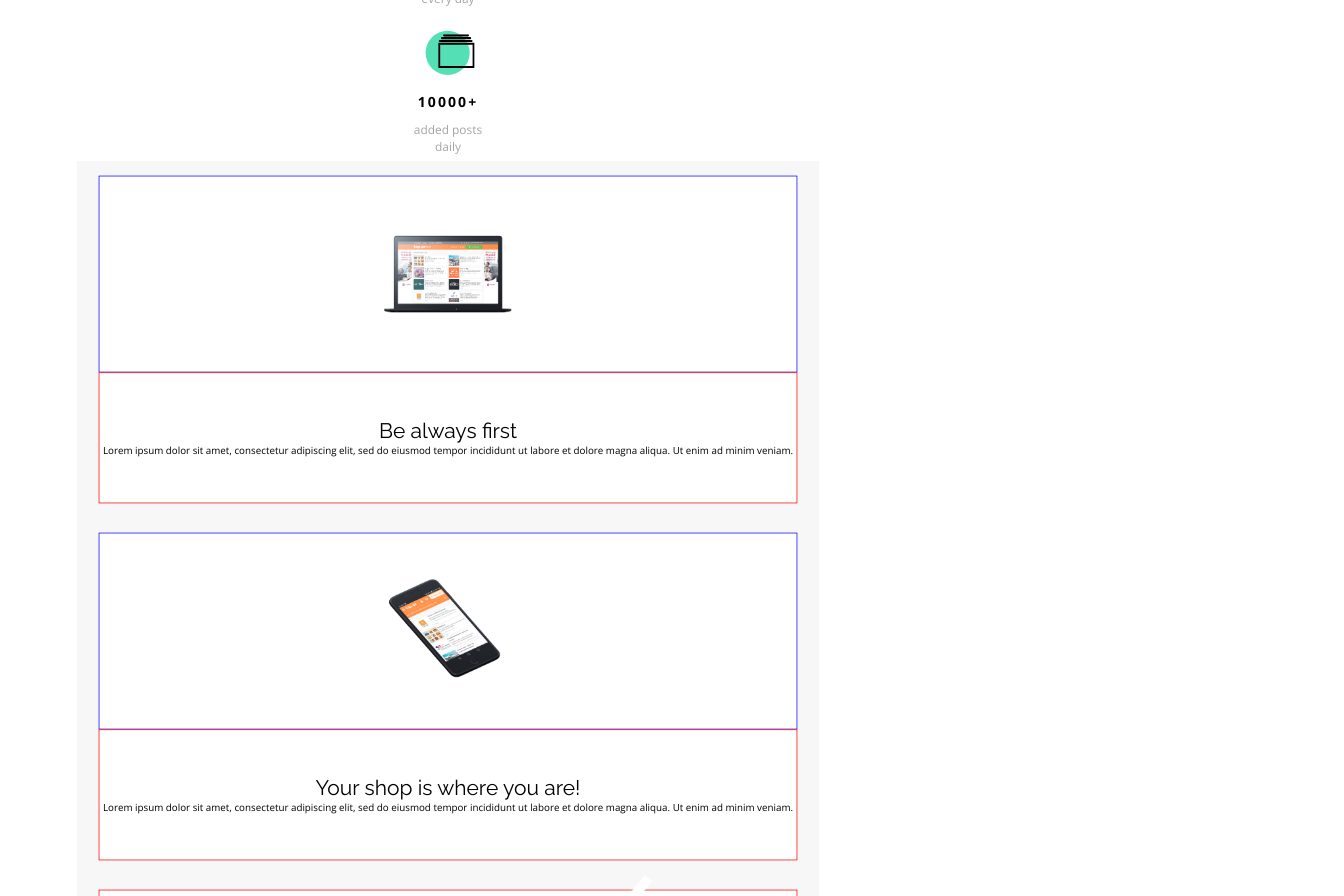
Repository: artwol993/BestShop
Page: index.html
These files come from the project's save history. The page is drawn as it stood at one moment and after the next save; the edit follows.
The browser window is 1280 px wide. The page is 1920 px wide, so the pictures cover 1920 px, including what lies to the right of the window. The pictures show the part of the page from y = 1600 to 2880 px (the page is 3597 px tall), at 70% of full size.
The style sheet was rebuilt from its Sass, Less or Tailwind sources for each picture, by a compiler version that may differ from the author's.

Above is the page before, as saved 2020-06-01 22:30:17.

### index.html
<!DOCTYPE html>
<html lang="en">
<head>
    <meta charset="UTF-8">
    <meta name="viewport" content="width=device-width, initial-scale=1.0">
    <title>BestShop[artwol993]</title>
    <link rel="stylesheet" href="css/main.css">
    <style>
        @import url('https://fonts.googleapis.com/css2?family=Open+Sans:wght@400;700&display=swap');
    </style>
    <style>
        @import url('https://fonts.googleapis.com/css2?family=Raleway:wght@300;400;700;800&display=swap');
    </style>
</head>
<body>
    <div class="main__container">
        <header>
            <div class="logo">BestShop</div>
            <nav class="nav">
                <!-- <button class="hamburger" aria-label="Menu">
                    <span class="hamburger__container" tabindex="-1">
                        <span class="hamburger__bars"></span>
                      </span>
                </button> -->
                <div class="side__menu">
                    <!-- <ul class="nav__list">
                        <li class="nav__list-item"><a href="" class="nav__link">why us</a></li>
                        <li class="nav__list-item"><a href="" class="nav__link">benefits</a></li>
                        <li class="nav__list-item"><a href="" class="nav__link">prices</a></li>
                        <li class="nav__list-item"><a href="" class="nav__link">contact</a></li>
                    </ul> -->
                </div>
            </nav>
        </header>

        <div class="content__container">
            <div class="main">

<!-- welcome-section -->

                <section class="welcome">
                    <div class="welcome__content">
                        <h1>Sell More!</h1>
                        <p>Open shop on our platform and incrase your sales</p>
                        <button class="main-btn">Open your shop</button>
                    </div>
                    <img src="/assets/Background.png" alt="notebook-picture" class="welcome__picture">
                </section>

<!-- stats-section -->

                <section class="stats">
                    <h2>The most popular sales platform in country</h2>
                    <div class="stats__container">
                        <div class="stats__bin">
                            <div class="stats__circle-person"></div>
                            <img src="./assets/Person.svg" alt="person-contour" class="stats__img-person">
                            <span>100000+</span>
                            <p>daily entries</p>
                        </div>
                        <div class="stats__bin">
                            <div class="stats__circle-eye"></div>
                            <img src="./assets/Eye.svg" alt="person-contour" class="stats__img-eye">
                            <span>200000+</span>
                            <p>seen products<br> every day</p>
                        </div>
                        <div class="stats__bin">
                            <div class="stats__circle-catalog"></div>
                            <img src="./assets/Catalog.svg" alt="person-contour" class="stats__img-catalog">
                            <span>10000+</span>
                            <p>added posts <br> daily</p>
                        </div>
                    </div>
                </section>

<!-- profits-section -->

                <section class="profits">
                    <div class="profits__container">
                        <div class="profits__box">
                            <div class="profits__box__double__img profits__box__double__img-notebook">
                                <img src="/assets/Macbook.png" alt="notebook-picture" class="notebook-picture">
                            </div>
                            <div class="profits__box__double">
                                <h2>Be always first</h2>
                                <p>Lorem ipsum dolor sit amet, consectetur adipiscing elit, sed do eiusmod tempor incididunt ut labore et dolore magna aliqua. Ut enim ad minim veniam.</p>
                            </div>
                        </div>
                        <div class="profits__box">
                            <div class="profits__box__double__img profits__box__double__img-iphone">
                                <img src="/assets/iPhone.png" alt="phone-picture" class="phone-picture">
                            </div>
                            <div class="profits__box__double">
                                <h2>Your shop is where you are!</h2>
                                <p>Lorem ipsum dolor sit amet, consectetur adipiscing elit, sed do eiusmod tempor incididunt ut labore et dolore magna aliqua. Ut enim ad minim veniam.</p>
                            </div>
                        </div>
                        <div class="profits__box">
                            <div class="profits__box__double">
                                <h2>Increase recognition your brand!</h2>
                                <p>Lorem ipsum dolor sit amet, consectetur adipiscing elit, sed do eiusmod tempor incididunt ut labore et dolore magna aliqua. Ut enim ad minim veniam.</p>
                            </div>
                            <div class="profits__box__double__img profits__box__double__img-trumpet">
                                <img src="/assets/Trumpet.png" alt="trumpet-photo" class="trumpet-picture" >
                            </div>
                        </div>

                    </div>
                </section>

<!-- pricing-section -->

                <section class="pricing">
                    <div class="pricing__container">
                        <h2></h2>
                        <div class="pricing__box">
                            <div class="pricing__box__price">

                            </div>
                            <div class="pricing__box__list">
                            <li class="include">100 MB HDD</li>
                            <li class="include">1 Subdomain</li>
                            <li class="include">2 E-mails</li>
                            <li class="not__include">Two years license</li>
                            <li class="not__include">Full support</li>

                        </div>
                        </div>
                        <div class="pricing__box">
                            <div class="pricing__box">
                                <div class="pricing__box__price">
                                    <ul class="pricing__list">
                                        <li class="include">500 MB HDD</li>
                                        <li class="include">2 Subdomain</li>
                                        <li class="include">5 E-mails</li>
                                        <li class="include">One year license</li>
                                        <li class="not__include">Full support</li>
                                    </ul>
                                </div>

                            </div>
                        </div>
                        <div class="pricing__box">

                        </div>


                    </div>
                </section>

<!-- contact-section -->

                <section class="contact"></section>
            </div>
        </div>

        <footer>
            <div class="logo">BestShop</div>
            <div class="footer-icon"></div>
            <div class="footer-icon"></div>
        </footer>
    </div>
</body>
</html>

### scss/main.scss
    $c-primary-first: #08a6e4;
    $c-primary-second: #fb3b64;
    $c-primary-third: #55dfb4;
    $c-black: #000000;
    $c-white: #ffffff;
    $c-background: #f7f7f7;
    $c-details: #a5a5a5;
    $c-shadow: #00000029;
    $f-h: 'Raleway', sans-serif;
    $f-p: 'Open Sans', sans-serif;
    $fw-light: 300;
    $fw-normal: 400;
    $fw-bold: 700;
    $fw-black: 800;

/*reset*/

  * {
      margin: 0;
      padding: 0;
      box-sizing: border-box;
  }

  /* fonts */

  a, p, ul, span {
    font-family: $f-p;
  }

  h1 {
    font-size: 3.063rem;
    font-weight: $fw-normal;
    font-family: $f-h;
    color: $c-black;
  }

  h2 {
    font-size: 2.188rem;
    font-weight: $fw-normal;
    font-family: $f-h;
    color: $c-black;
  }

  h3 {
    font-size: 1.25rem;
    font-weight: $fw-bold;
    margin: 5px;
    font-family: $f-h;
    color: $c-black;
  }

  .logo {
    font-size: 2rem;
    font-weight: $fw-light;
    font-family: $f-h;
    color: $c-primary-first;
    text-decoration: none;
    cursor: pointer;
  }

  .body {
      width: 100vh;
  }
  /*header*/
  header {
      height: 70px;
      display: flex;
      align-items: center;
      justify-content: space-between;
      padding: 0 25px;
      box-shadow: 0px 3px 6px $c-shadow;
  }

//   .hamburger {
//     margin: 0;
//     padding: 0;
//     border: 0;
//     background-color: transparent;
//     cursor: pointer;
//     &:focus {
//         & > .hamburger__container {
//           	box-shadow: 0 0 2px 2px #51a7e8;
//         }
//     }
//   }

//   .hamburger__container {
//     display: flex;
//     align-items: center;
//     position: relative;
//     width: 35px;
//     height: 30px;
//   }

//   .hamburger__bars {
//     position: absolute;
//     width: 35px;
//     height: 2px;
//     background-color: #000;
//     transition: transform 220ms ease-in-out;
//     &:before, &:after {
//         display: block;
//         position: absolute;
//         width: 35px;
//         height: 2px;
//         background-color: #000;
//         content: '';
//     }
//     &:before {
//         top: -12px;
//         transition: top 100ms 250ms ease-in, transform 220ms ease-in-out;
//     }
//     &:after {
//         bottom: -12px;
//         transition: bottom 100ms 250ms ease-in,
//           			transform 220ms ease-in-out;
//     }
//   }

//   .hamburger--active {
//     .hamburger__bars {
//         transform: rotate(225deg);
//         transition: transform 220ms 120ms ease-in-out;
//         &:before {
//             top: 0;
//             transition: top 100ms ease-out;
//         }
//         &:after {
//             bottom: 0;
//             transform: rotate(-90deg);
//             transition: bottom 100ms ease-out,
//             		  	transform 220ms 120ms ease-in-out;
//         }
//     }
// }

//   .hamburger, .hamburger__container {
//     &:focus {
//       	outline: none;
//   	}
//   }

//   .side__menu {
//     display: flex;
//     box-sizing: border-box;
//     position: absolute;
//     height: 70%;
//     width: 200px;
//     top: 70px;
//     right: -300px;
//     padding: 0;
//     background-color: red;
//     transition: 0.3s transform ease-in-out;
//   }

//   .side__menu ul {
//     position: absolute;
//     display: flex;
//     flex-direction: column;
//     box-sizing: border-box;
//     height: calc(100% - 70px);
//     flex-wrap: wrap;
//     margin: 0 10px;
//     padding: 0;
//     list-style-type: none;
//     align-content: flex-start;
//   }

//   .side-__menu ul li {
//     display: flex;
//     flex-direction: column;
//     height: 30px;
//     background: $c-primary-second;
//     flex-basis: 100%;
//     margin-top: 70px;
//     color: #696e9e;
//     border-radius: 5px;
//     overflow: hidden;
//   }

//   .side__menu ul li a {
//     display: flex;
//     padding: 10px;
//     align-items: center;
//     width: 100%;
//     height: 100%;
//     background: $c-primary-third;
//     text-decoration: none;
//     box-sizing: border-box;
//   }

//   .hamburger:focus ~ .side__menu, .side__menu:hover {
//     transform: translateX(-300px);
//   }

.nav__list {
  display: flex;
  justify-content: space-around;
  align-items: center;
}

.nav__list-item {
  // padding: 10px;
  list-style: none;
  // margin-right: 50px;
}

.nav__link {
  color: $c-details;
  font-weight: $fw-bold;
  text-decoration: none;
  text-transform: uppercase;
  font-size: 11px;

  &:hover {
    color: $c-black;
    border-bottom: solid 3px $c-primary-first;
    padding-bottom: 23px;
  }
}

/*content*/

.content__container {
  width: calc(100wv - 20px);
  // background: pink;
  display: flex;
  align-items: center;
  justify-content: center;
}

// .main {
//   background: blue;
// }

.welcome {
  display: flex;
  flex-direction: column;
  align-items: center;
}

.welcome__content {
  margin: 50px 10px;
  display: flex;
  flex-direction: column;
  align-items: center;
}

.welcome__content p {
  text-align: center;
  margin-top: 20px;
}

.main-btn {
  margin-top: 25px;
  padding: 22px 90px;
  border-radius: 40px;
  font-weight: 800;
  border: none;
  text-align: center;
  text-decoration: none;
  background: $c-primary-first;
  color: $c-white;
}

.welcome__picture {
  width: 200%;
  height: auto;
  margin-bottom: 20px;
  object-position: center;

}

// stats-section

.stats h2 {
  text-align: center;
  margin-top: 20px;
}

.stats__container {
  display: flex;
  flex-direction: column;
  align-items: center;
  margin: 10px 0;
}

.stats__bin {
  margin-top: 25px;
  display: flex;
  flex-direction: column;
  align-items: center;
}

div[class*="stats__circle"] {
  width: 63px;
  height: 63px;
  border-radius: 50%;
  position: relative;
  margin: 10px 0;
}

.stats__circle-person {
  background: $c-primary-second;
}
.stats__circle-eye {
  background: $c-primary-first;
}

.stats__circle-catalog {
  background: $c-primary-third;
}

img[class*="stats__img"] {
  position: absolute;
}

.stats__img-person {
  margin-top: 15px;
  margin-left: 25px;
}

.stats__img-eye {
  width: 65px;
  margin-top: 24px;
  margin-left: 23px;
}

.stats__img-catalog {
  margin-top: 15px;
  margin-left: 25px;
}

.stats__bin span {
  font-size: 20px;
  font-weight: $fw-bold;
  margin-top: 15px;
  letter-spacing: 3px;
}

.stats__bin p {
  margin-top: 15px;
  font-size: 17px;
  font-weight: $fw-normal;
  color: $c-details;
  text-align: center;
}

/*profits-section*/

.profits {
  display: flex;
  flex-direction: column;
  align-items: center;
}

.profits__container {
  display: flex;
  flex-direction: column;
  align-items: center;
  background: $c-background;
}

.profits__box {
  height: 470px;
  margin: 20px 30px;
  background: $c-white;
  border-radius: 5px;
  border: solid 1px #E8E9ED;
  box-sizing: border-box;
  display: flex;
  flex-direction: column;
}

.profits__box__double {
  height: 40%;
  padding: 5px;
  display: flex;
  flex-direction: column;
  justify-content: center;
  align-items: center;
  box-sizing: border-box;
  border: 1px red solid;
}

.profits__box__double__img {
  height: 60%;
  border: 1px solid blue;
  display: flex;
  align-items: center;
  justify-content: center;
}

.profits__box__double__img:last-of-type {
  background: $c-primary-third;
  border-radius: 5px;
  margin: 0;
  height: 60%;
}

.phone-picture {
  width: 200px;
  height: auto;
}

.notebook-picture {
  width: 200px;
  height: auto;
}

.trumpet-picture {
  width: 100%;
  height: auto;
}


.profits__box__double h2 {
  font-size: 30px;
}

.profits__box__double p {
  font-size: 14px;
  font-weight: $fw-normal;
}

// .profits__box__double-notebook::after {
//   content: "";
//   display: block;
//   width: 180px;
//   height: 180px;
//   background-color: $c-primary-second;
//   border-radius: 40px;
//   position: relative;
//   transform: rotate(45deg);
// }


// .phone-picture::after {
//   content: "";
//   width: 320px;
//   height: 320px;
//   background-color: $c-primary-first;
//   display: block;
//   border-radius: 50%;
//   position: relative;
// }



// pricing section

After the next save:
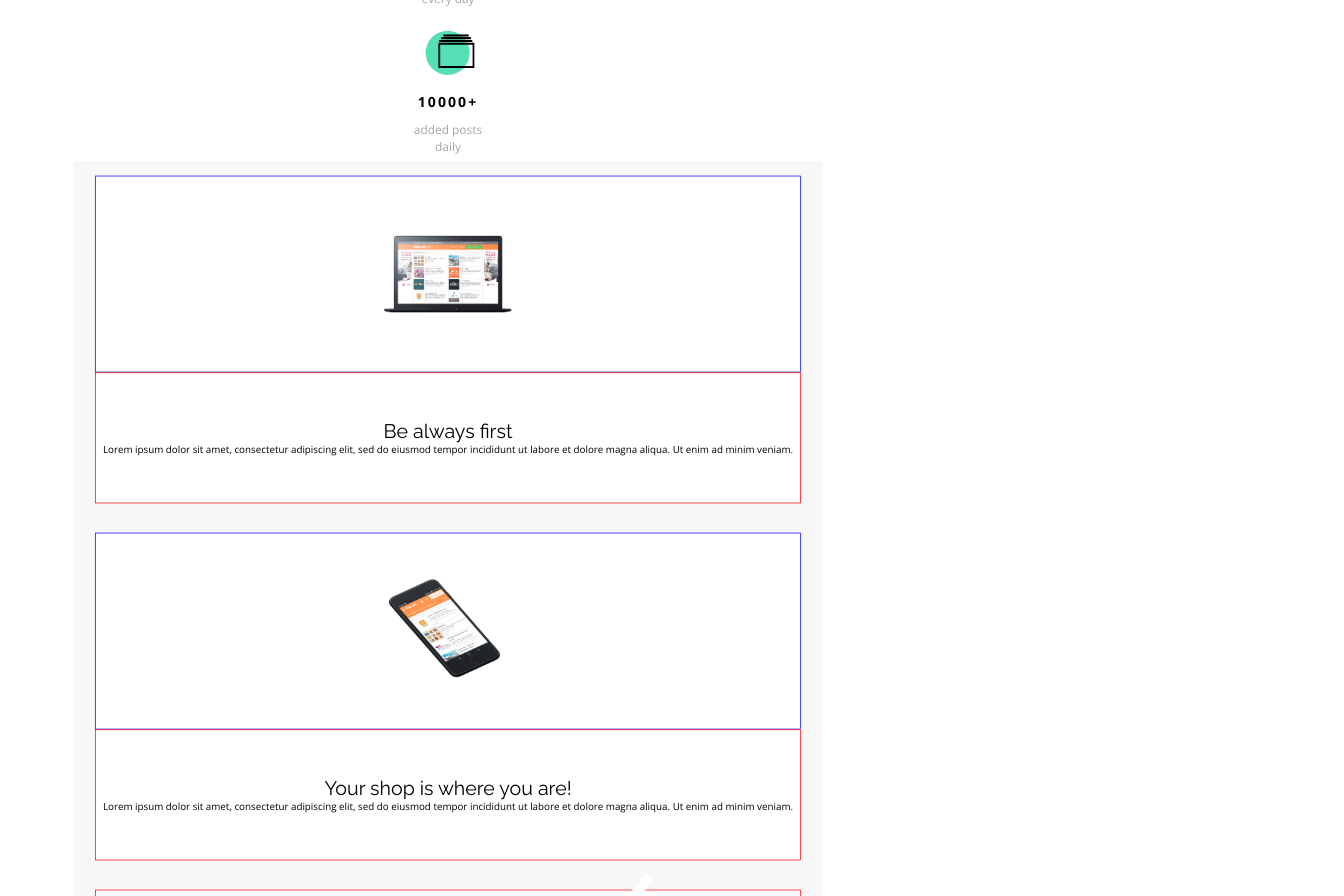
Saved 2 min 18 s later.
--- a/scss/main.scss
+++ b/scss/main.scss
@@ -415,12 +415,14 @@
 
 
 .profits__box__double h2 {
-  font-size: 30px;
+  font-size: 28px;
+  padding: 0 5px;
 }
 
 .profits__box__double p {
   font-size: 14px;
   font-weight: $fw-normal;
+  padding: 0 5px;
 }
 
 // .profits__box__double-notebook::after {
